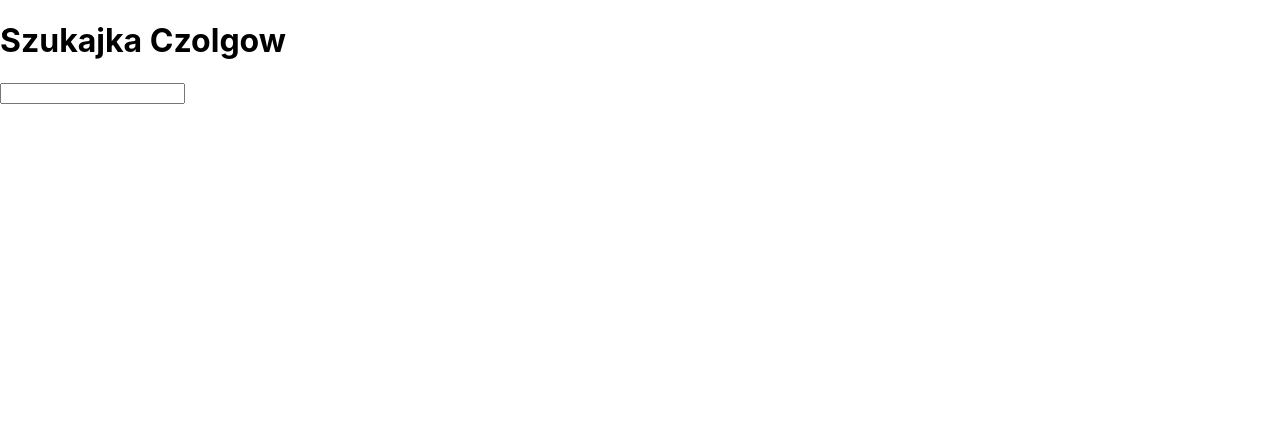
Repository: Carboplatin/TankBrowser
Page: /
An editor plug-in stored every save of this project. The page is shown before and after a run of saves, followed by the edit.
The browser window is 1280 px wide. The pictures show the whole page.
The project was rebuilt for these pictures with package versions that can differ from the ones it lists, and the page was loaded fresh each time.

Above is the page before, as saved 2019-09-17 18:54:36.

After the next 2 saves:
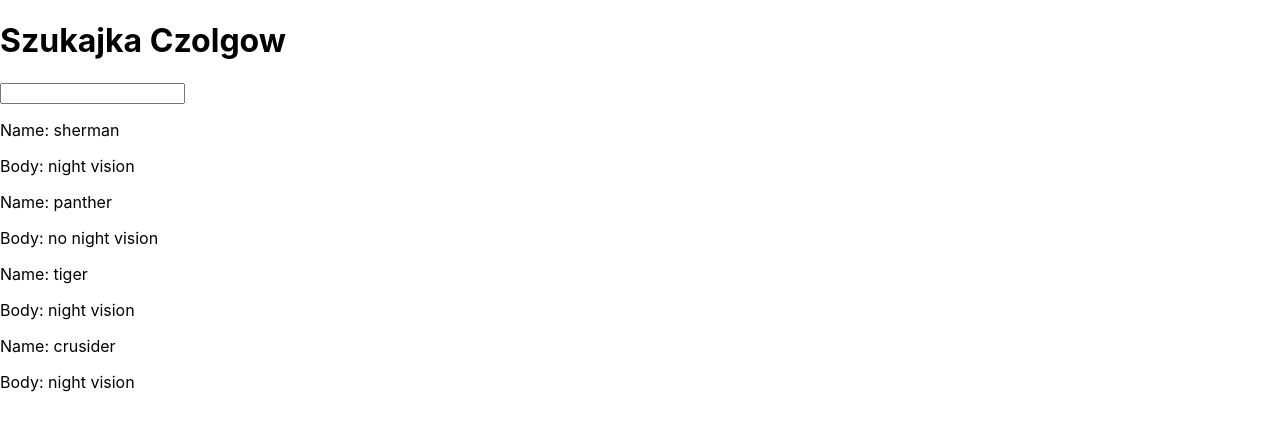
The 2 saves are shown as one change because 1 did not build or start.
The last was saved 3 min 1 s later.
--- a/src/tank.js
+++ b/src/tank.js
@@ -7,7 +7,8 @@ class Tank extends Component {
   render() {
     return(
       <div>
-
+        <p>Name: {this.props.name} </p>
+        <p>Body: {this.props.body} </p>
       </div>
     )
   }
